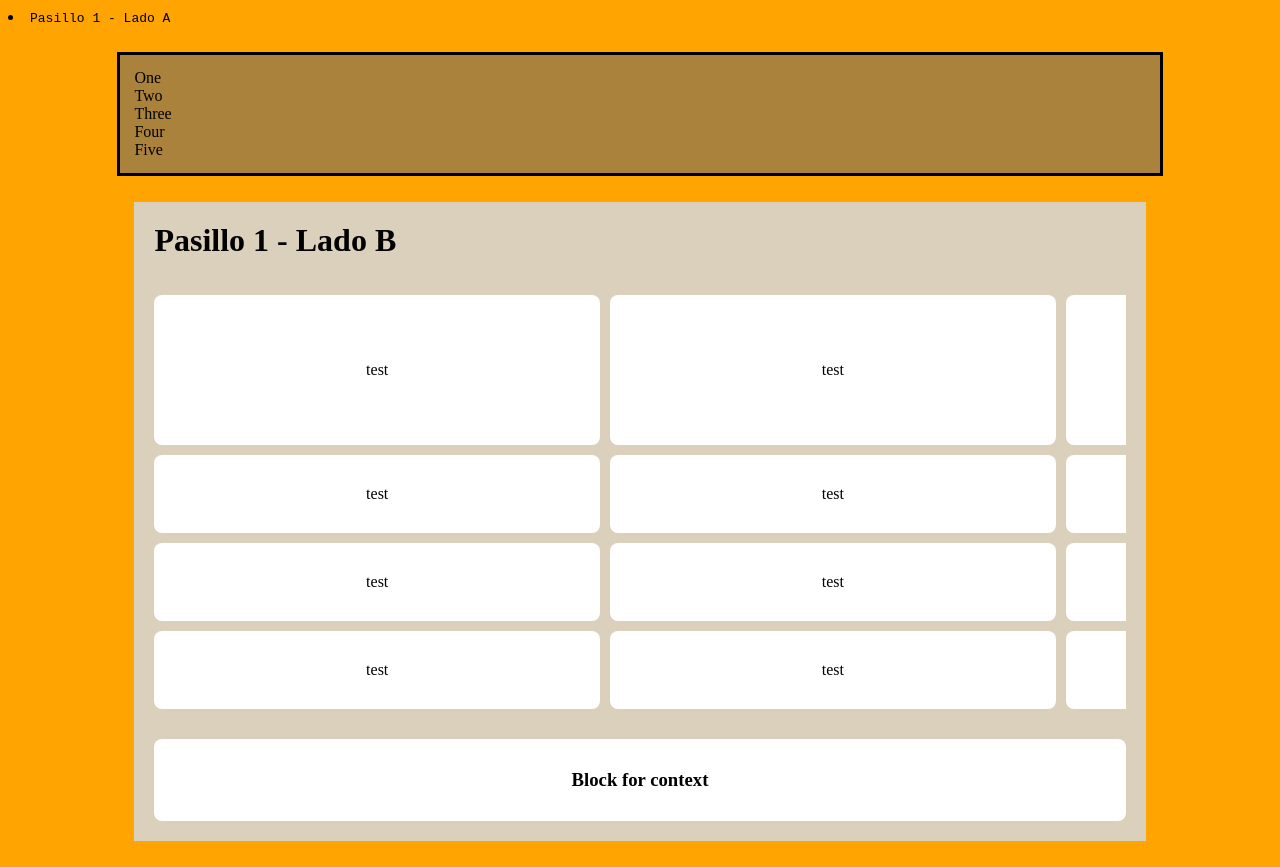
Repository: Franzcod/DepoStock_Web
Page: index.html
The author's editor kept a copy of each file at every save. The page is drawn from the files as they stood at one save, then again after the next save.
The browser window is 1280 px wide. The pictures show the whole page.

Above is the page before, as saved 2020-06-07 02:21:15.
Console error: ReferenceError: ur is not defined

After the next save:
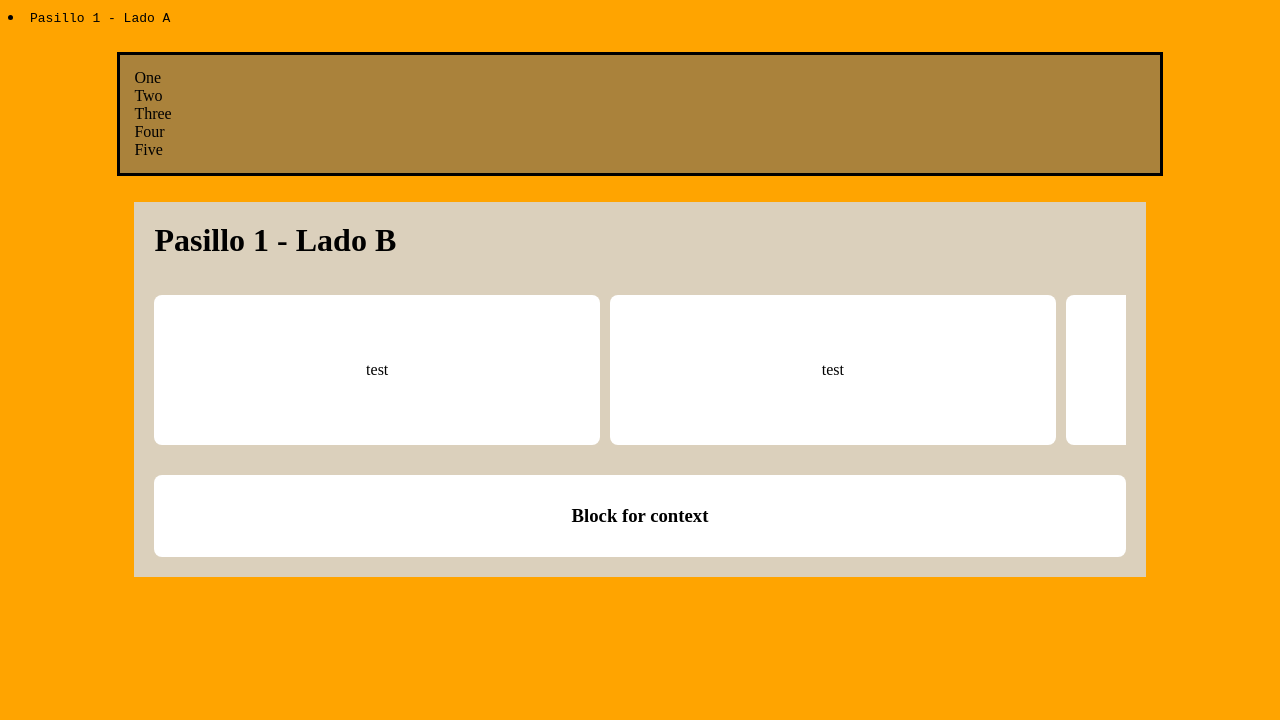
Saved 28 s later.
--- a/estilo/estilo.css
+++ b/estilo/estilo.css
@@ -36,7 +36,7 @@ grid-column: 1 / -1;
 .hs {
 display: grid;
 grid-gap: calc(var(--gutter) / 2);
-grid-template-columns: repeat(6, calc(50% - var(--gutter) * 2));
+grid-template-columns: repeat(25, calc(50% - var(--gutter) * 2));
 grid-template-rows: minmax(150px, 1fr);
 
 overflow-x: scroll;
